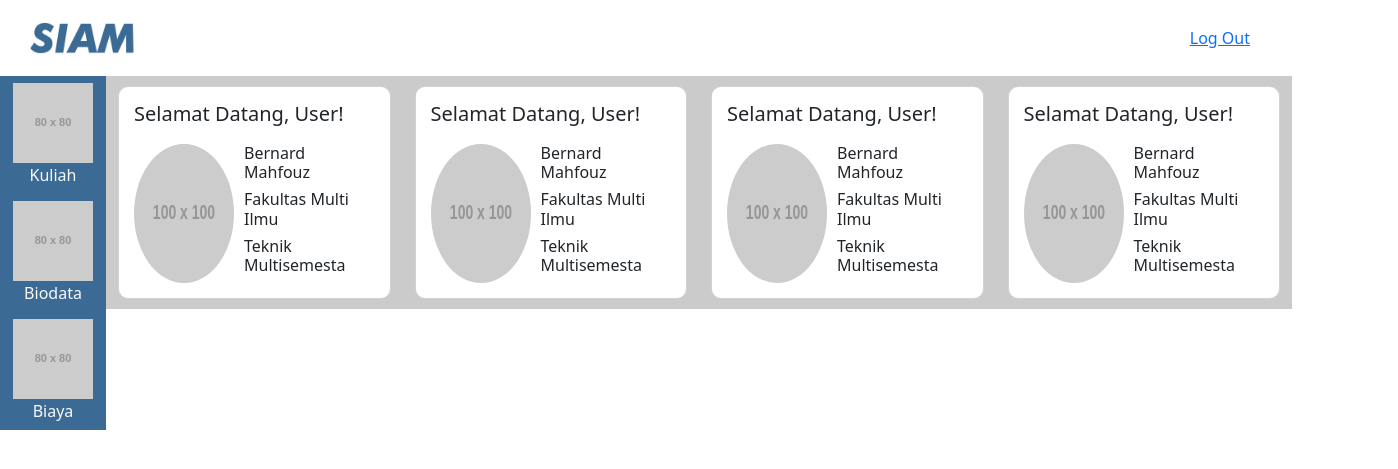
Repository: haikalirf/Project-IMK
Page: kuliah.html
These files come from the project's save history. The page is drawn as it stood at one moment and after the next save; the edit follows.
The browser window is 1280 px wide. The page is 1292 px wide, then 1398 px, then 1292 px, so the pictures cover 1398 px, including what lies to the right of the window. The pictures show the whole page.

Above is the page before, as saved 2022-12-10 14:01:14.

After the next save:
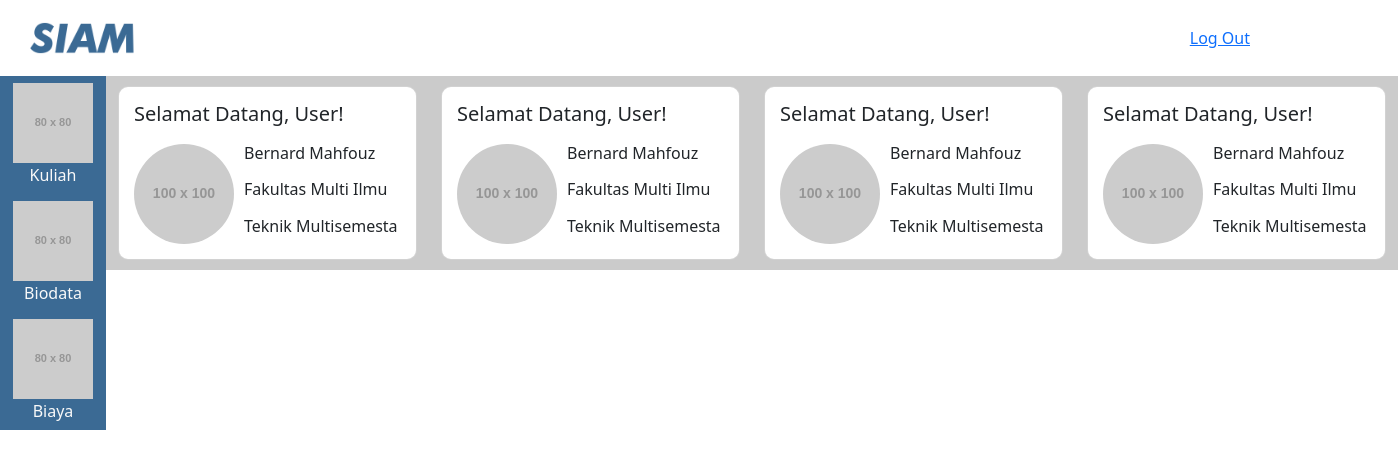
Saved 11 min 54 s later.
--- a/styles/kuliah.css
+++ b/styles/kuliah.css
@@ -32,6 +32,8 @@
 
 main {
 	width: 100%;
+	min-width: 100%;
+    max-width: 100%;
 }
 
 .main-rows{

After the 3 saves that followed:
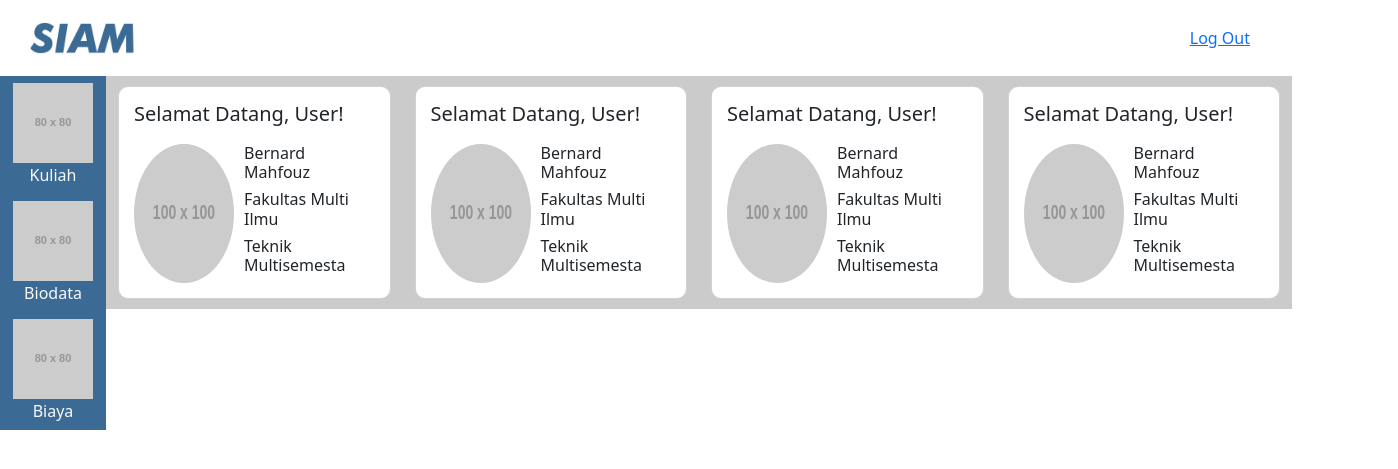
The 3 saves are shown as one change because 2 left the picture as it was.
The last was saved 2 min 15 s later.
--- a/styles/kuliah.css
+++ b/styles/kuliah.css
@@ -18,6 +18,7 @@
 
 #content {
 	display: flex;
+	width: 100%;
 }
 
 #sidebar {
@@ -32,8 +33,6 @@
 
 main {
 	width: 100%;
-	min-width: 100%;
-    max-width: 100%;
 }
 
 .main-rows{
